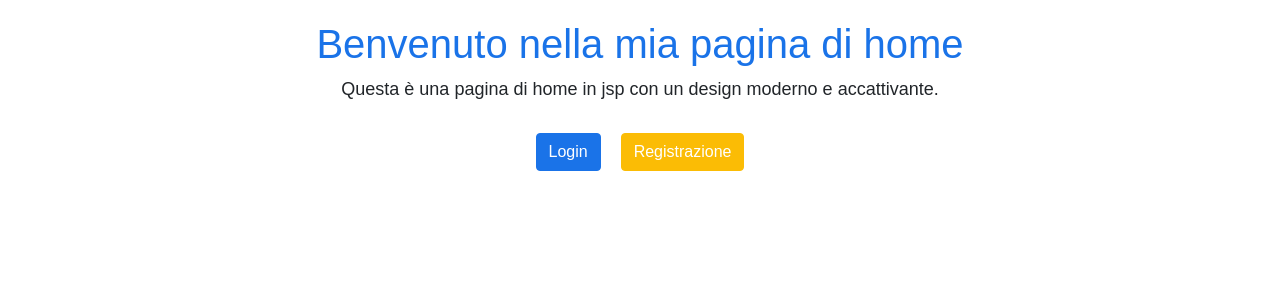
Repository: GabrielCellammare/WebApplication-SA-CyberSecurity
Page: http://localhost/WebProject-CellammareGabriel_ApplicationSecurity_/userNotLogged/index.jsp
The author's editor kept a copy of each file at every save. The page is drawn from the files as they stood at one save, then again after the next save.
The browser window is 1280 px wide. The pictures show the whole page.
The page is served by Tomcat 9. Nobody is signed in. The application's start-up code is not run.

Above is the page before, as saved 2024-01-14 16:44:26.

After the next save:
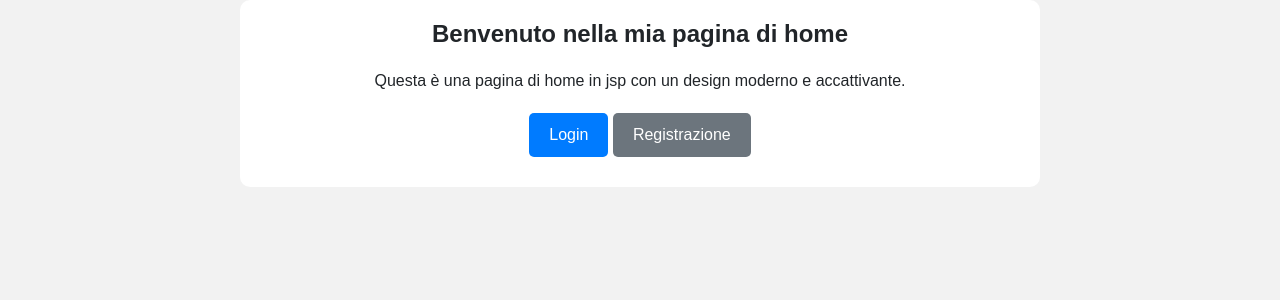
Saved 50 s later.
--- a/WebProject-CellammareGabriel(ApplicationSecurity)/WebContent/WEB-INF/css/style.css
+++ b/WebProject-CellammareGabriel(ApplicationSecurity)/WebContent/WEB-INF/css/style.css
@@ -1,54 +1,48 @@
-@charset "ISO-8859-1";
-/* Il mio file css */
-
-/* Colori moderni */
-:root {
-    --primary-color: #1a73e8;
-    --secondary-color: #fbbc05;
-    --background-color: #f0f2f5;
-}
-
-/* Stili generali */
 body {
-   	background-color: url('backgroundHome.jpg');
-    /*background-size: cover; /* Cambia da 100% a cover */
-    background-repeat: no-repeat;
-    background-attachment: fixed;
-    font-family: Arial, sans-serif;
+  font-family: sans-serif;
+  background-color: #f2f2f2;
 }
 
 .container {
-    max-width: 800px;
-    margin: 0 auto;
-    padding: 20px;
-    text-align: center; /* Aggiungi questo attributo */
+  margin: 0 auto;
+  max-width: 800px;
+  padding: 20px;
+  background-color: #fff;
+  border-radius: 10px;
 }
 
 h1 {
-    color: var(--primary-color);
+  text-align: center;
+  font-size: 24px;
+  font-weight: bold;
+  margin-bottom: 20px;
 }
 
 p {
-    font-size: 18px;
-    line-height: 1.5;
+  text-align: center;
+  font-size: 16px;
+  margin-bottom: 20px;
 }
 
 .buttons {
-    display: flex;
-    justify-content: center;
-    margin-top: 20px;
+  text-align: center;
 }
 
 .btn {
-    margin: 10px;
+  display: inline-block;
+  padding: 10px 20px;
+  margin-bottom: 10px;
+  background-color: #007bff;
+  color: #fff;
+  border: none;
+  border-radius: 5px;
+  cursor: pointer;
 }
 
 .btn-primary {
-    background-color: var(--primary-color);
-    border-color: var(--primary-color);
+  background-color: #007bff;
 }
 
 .btn-secondary {
-    background-color: var(--secondary-color);
-    border-color: var(--secondary-color);
+  background-color: #6c757d;
 }
